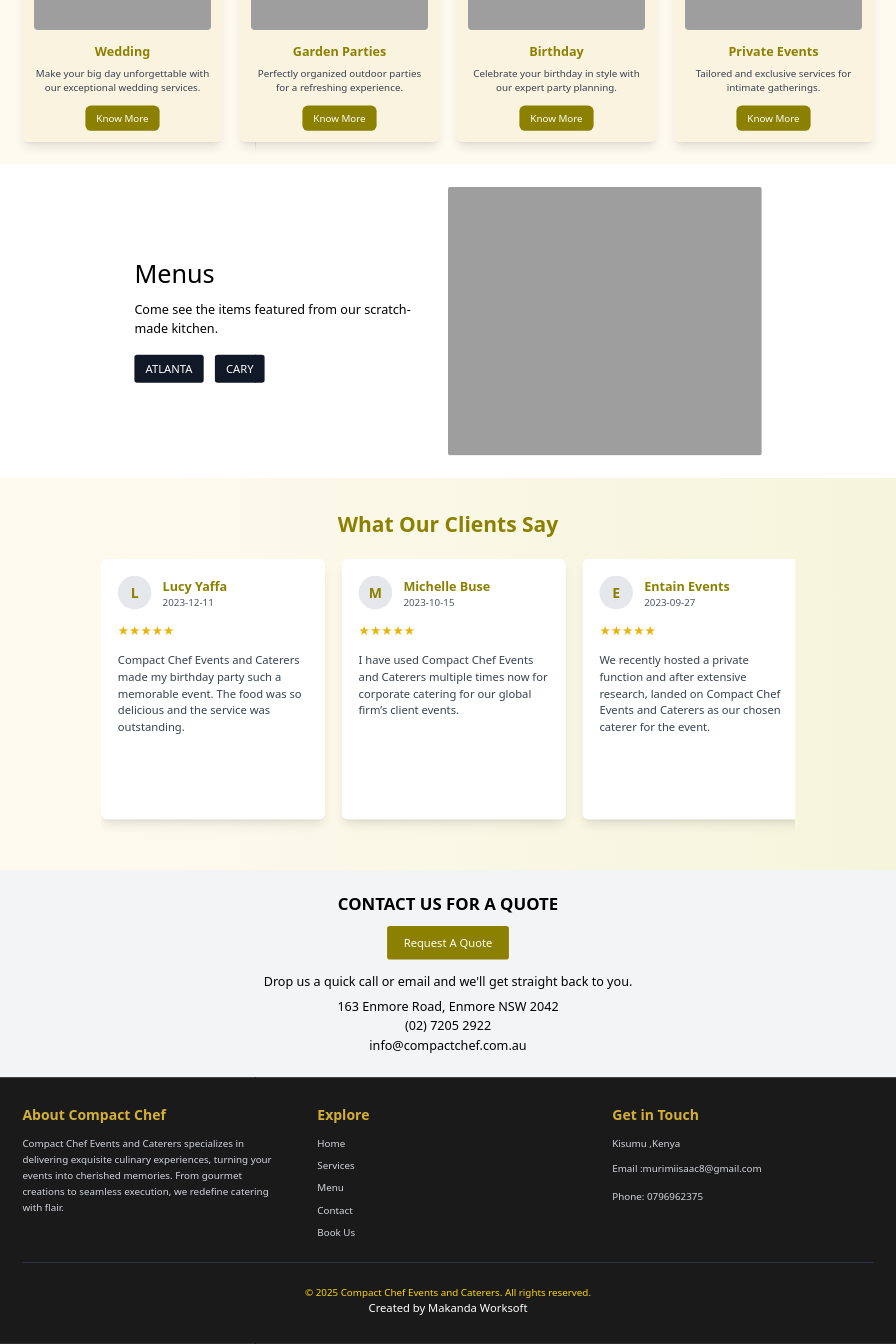
Repository: makanda596/compactchef
Page: /
The author's editor kept a copy of each file at every save. The page is drawn from the files as they stood at one save, then again after the next save.
The browser window is 1280 px wide. The pictures show the part of the page from y = 2057 to 3977 px (the page is 3977 px tall), at 70% of full size.
Pictures or frames that could not be fetched are drawn as grey boxes. The project was rebuilt for these pictures with package versions that can differ from the ones it lists, and the page was loaded fresh each time. Also part of the build but not shown: src/pages/Services.jsx, src/pages/Menu.jsx, src/pages/Contact.jsx, src/pages/Book.jsx.

Above is the page before, as saved 2025-01-08 15:37:49.

After the next save:
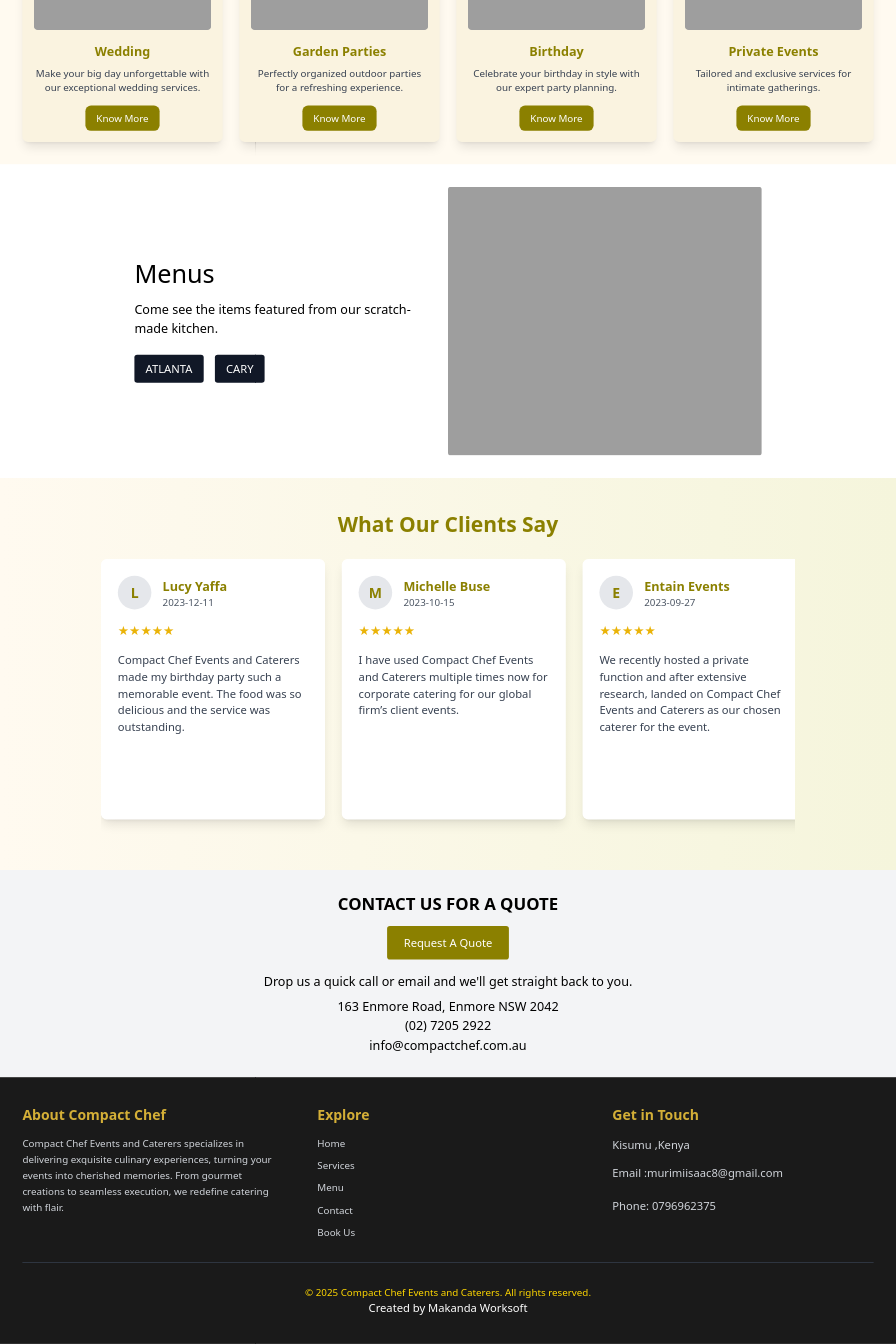
Saved 22 s later.
--- a/src/components/Footer.jsx
+++ b/src/components/Footer.jsx
@@ -38,7 +38,7 @@ const Footer = () => {
 
                     <div>
                         <h3 className="text-xl font-bold text-[#d4af37] mb-4">Get in Touch</h3>
-                        <ul className="text-sm text-gray-300 space-y-4 flex-row">
+                        <ul className="text-md text-gray-300 space-y-4 flex-row">
                             <li>Kisumu ,Kenya</li>
                             <li>  <a href="mailto:murimiisaac8@gmail.com" target="_blank"
                                 rel="noopener noreferrer">Email :murimiisaac8@gmail.com</a> </li> <br />
